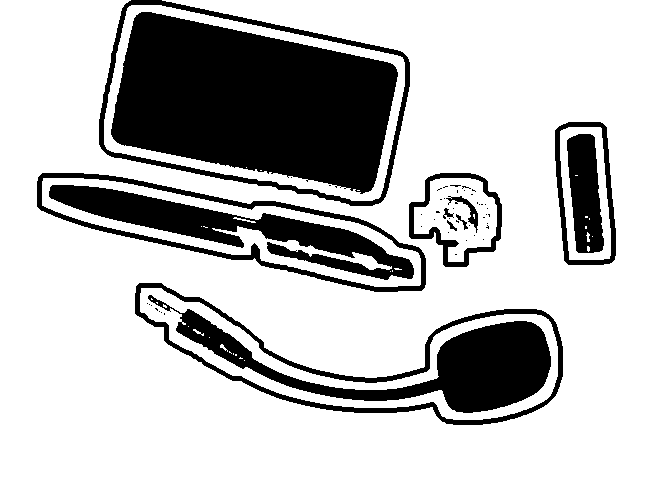
Repository: kaiofbgarcia/OpenCV
Script's output: python newCoin.py
The author's editor kept a copy of each file at every save. The script's output is drawn from the files as they stood at one save, then again after the next save.
Random numbers start from a fixed seed. It also reads img/img1.jpg.

Above is the script's output before, as saved 2022-06-28 19:17:39.

### newCoin.py
import cv2
from cv2 import THRESH_BINARY
import numpy as np
from numpy import binary_repr

imagem = cv2.imread("img/img1.jpg")          # Carregar a imagem
res = cv2.resize(imagem, dsize=( 658, 494), interpolation=cv2.INTER_CUBIC) # Redimensionar Img ################
gray = cv2.cvtColor(res, cv2.COLOR_BGR2GRAY)     # GrayScale
blur = cv2.blur(gray,(3,3))                       # Blur ###############

ret,binary = cv2.threshold(blur , 65 ,255, cv2.THRESH_BINARY)         # Binarização ################
ret1,binary1 = cv2.threshold(binary,127,255,cv2.THRESH_BINARY_INV)   # Inverter a Binarização


kernel = np.ones((5,5), np.uint8)
dilation = cv2.dilate(binary1, kernel, iterations=5)   # Dilatar ####################

contours, hierarchy = cv2.findContours(dilation, cv2.RETR_TREE, cv2.CHAIN_APPROX_SIMPLE) # Procura os Objetos
cont = len(contours)                                                                     # Conta os Objetos
cv2.drawContours(binary, contours, -1, (0,255,0), 3)

print("Numero de Objetos Encontrados: ",cont)

cv2.imshow("Dilatation", binary)


cv2.waitKey(0)

After the next save:
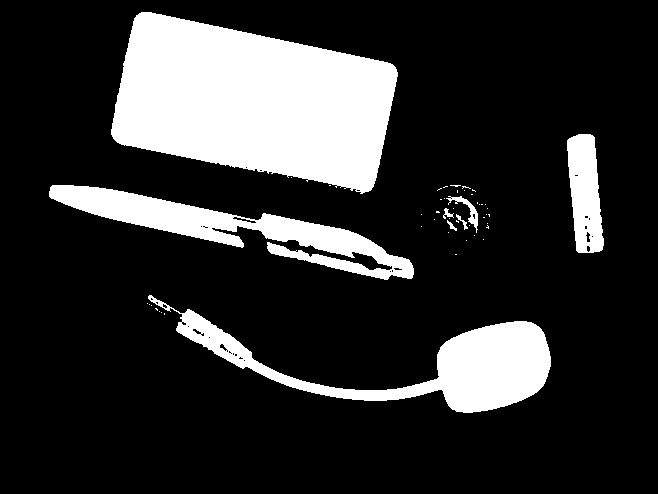
Saved 27 s later.
--- a/newCoin.py
+++ b/newCoin.py
@@ -17,11 +17,11 @@
 
 contours, hierarchy = cv2.findContours(dilation, cv2.RETR_TREE, cv2.CHAIN_APPROX_SIMPLE) # Procura os Objetos
 cont = len(contours)                                                                     # Conta os Objetos
-cv2.drawContours(binary, contours, -1, (0,255,0), 3)
+cv2.drawContours(binary1, contours, -1, (0,255,0), 3)
 
 print("Numero de Objetos Encontrados: ",cont)
 
-cv2.imshow("Dilatation", binary)
+cv2.imshow("Dilatation", binary1)
 
 
 cv2.waitKey(0)
